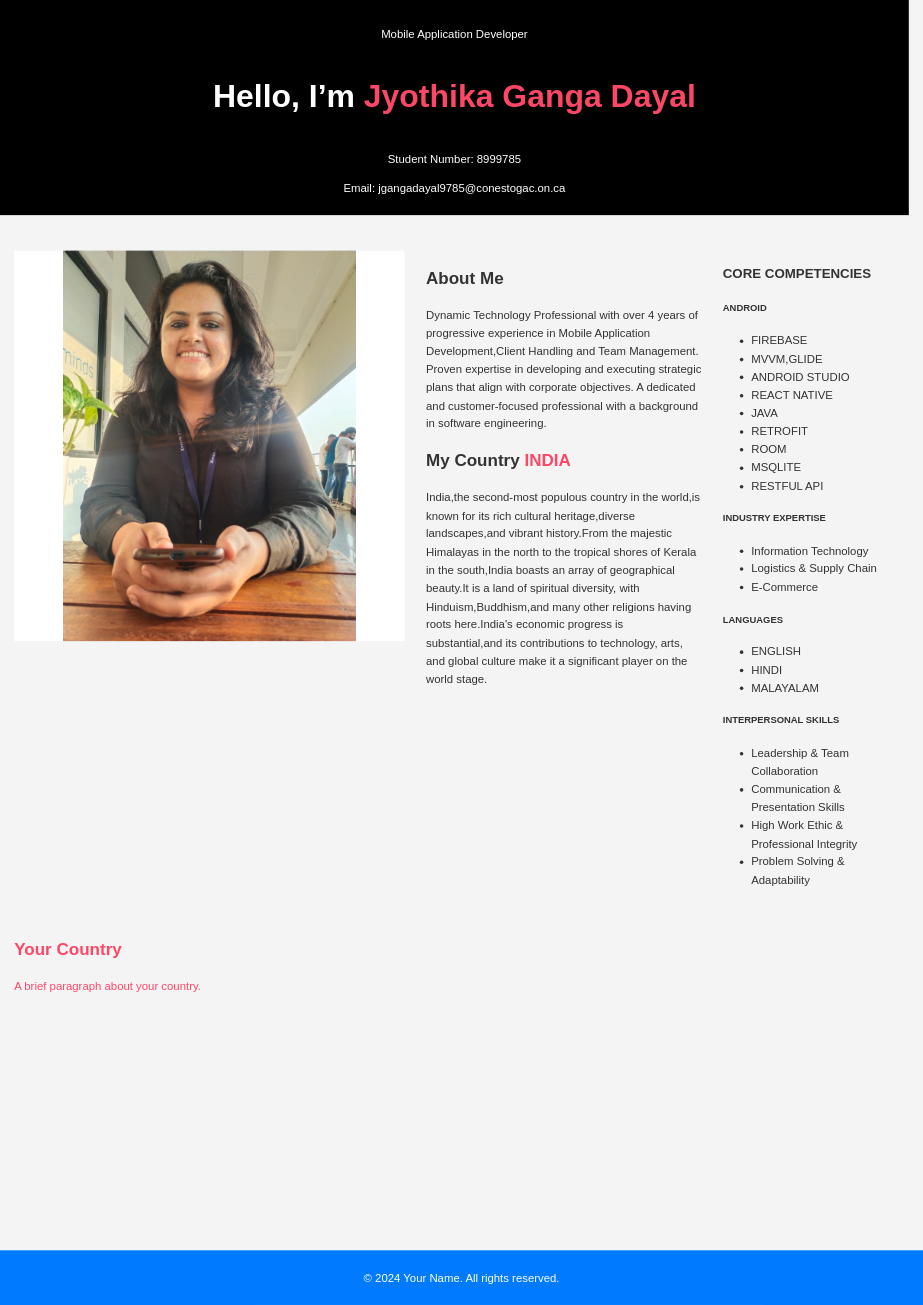
Repository: jyothika123/portfolio
Page: index.html
The author's editor kept a copy of each file at every save. The page is drawn from the files as they stood at one save, then again after the next save.
The browser window is 1280 px wide. The page is 1300 px wide, so the pictures cover 1300 px, including what lies to the right of the window. The pictures show the whole page, at 71% of full size.
Pictures or frames that could not be fetched are drawn as grey boxes.

Above is the page before, as saved 2024-09-22 17:12:19.

### index.html
<!DOCTYPE html>
<html lang="en">
<head>
    <meta charset="UTF-8">
    <meta name="viewport" content="width=device-width, initial-scale=1.0">
    <link rel="stylesheet" href="css/style.css">
    <title>Jyothika Ganga Dayal</title>
</head>
<body>
    <header>
        <div class="content">
            <br>
            <span class="title">Mobile Application Developer</span>
            <h1>Hello, I’m <span>Jyothika Ganga Dayal</span></h1>
            <p>Student Number: 8999785</p>
            <p>Email: jgangadayal9785@conestogac.on.ca</p>
        </div>
    </header>
    <main>
        <section class="box">
            <section class="bio">
                <div>
                    <img src="images/image.PNG" alt="A photo representing me" class="profile">
                </div>
                <div>
                    <h2>About Me</h2>
                    <p>Dynamic Technology Professional with over 4 years of progressive experience
                        in Mobile Application Development,Client Handling and Team Management. Proven
                        expertise in developing and executing strategic plans that align with
                        corporate objectives. A dedicated and customer-focused professional with a
                        background in software engineering. </p>
                    <h2>My Country <span class="country">INDIA</span> </h2>
                    <p>India,the second-most populous country in the world,is known for its rich cultural heritage,diverse landscapes,and vibrant history.From the majestic Himalayas in the north to the tropical shores of Kerala in the south,India boasts an array of geographical beauty.It is a land of spiritual diversity, with Hinduism,Buddhism,and many other religions having roots here.India's economic progress is substantial,and its contributions to technology, arts, and global culture make it a significant player on the world stage.</p>

                </div>

            </section>
            <section>
                <h3>CORE COMPETENCIES</h3>
                <h5>ANDROID </h5>
                <ul>
                    <li>FIREBASE</li>
                    <li>MVVM,GLIDE</li>
                    <li>ANDROID STUDIO</li>
                    <li>REACT NATIVE</li>
                    <li>JAVA</li>
                    <li>RETROFIT</li>
                    <li>ROOM</li>
                    <li>MSQLITE</li>
                    <li>RESTFUL API</li>
                </ul>
                <h5>INDUSTRY EXPERTISE</h5>
                <ul>
                    <li>Information Technology</li>
                    <li>Logistics & Supply Chain</li>
                    <li>E-Commerce</li>
                </ul>
                <h5>LANGUAGES</h5>
                <ul>
                    <li>ENGLISH</li>
                    <li>HINDI</li>
                    <li>MALAYALAM</li>
                </ul>
                <h5>INTERPERSONAL SKILLS</h5>
                <ul>
                    <li>Leadership & Team Collaboration</li>
                    <li>Communication & Presentation Skills</li>
                    <li> High Work Ethic & Professional Integrity</li>
                    <li>Problem Solving & Adaptability</li>
                </ul>
            </section>
            <section class="country">
                <h2>Your Country</h2>
                <p>A brief paragraph about your country.</p>
                <iframe width="560" height="315" src="https://www.youtube.com/embed/your_video_id"
                        title="Interesting video about me/country/skills"
                        frameborder="0" allowfullscreen></iframe>
            </section>
        </section>
    </main>
    <aside>

    </aside>
    <footer>
        <p>&copy; 2024 Your Name. All rights reserved.</p>
    </footer>
</body>
</html>

### css/style.css


body {
    font-family: Arial, sans-serif;
    line-height: 1.6;
    margin: 0;
    padding: 0;
    color: #333;
    background-color: #f4f4f4;
}

header {
    background: #000000;
    color: #fff;
    padding: 10px;
    text-align: center;
}

main {
    display: flex;
    justify-content: space-between;
    padding: 20px;
}

.bio {
    display: grid;
    grid-template-columns: 1fr 3fr;
    gap:30px;
}

.country {
    flex: 3;
}

footer {
    background: #007BFF;
    color: #fff;
    text-align: center;
    padding: 10px ;
    position: relative;
    bottom: 0;
    width: 100%;
}

.profile{
    width:550px;
    height: 550px;
}

.content h1 {
    color: #ffffff;
    font-size: 45px;
    font-weight: 900;
    line-height: 90px;
    text-transform: inherit;
    width: 100%;
  }
  .content h1 span {
    color: #fd4766;
  }
  .content p {
    width: 100%;
    color: #ffffff;
    margin-top: 5px;
    margin-bottom: 15px;
  }
  .box{
    margin-top: 30px;
    display: grid;
    grid-template-columns: 3.2fr 0.8fr;
    gap:30px;
  }
  .country{
    color: #fd4766;
  }

After the next save:
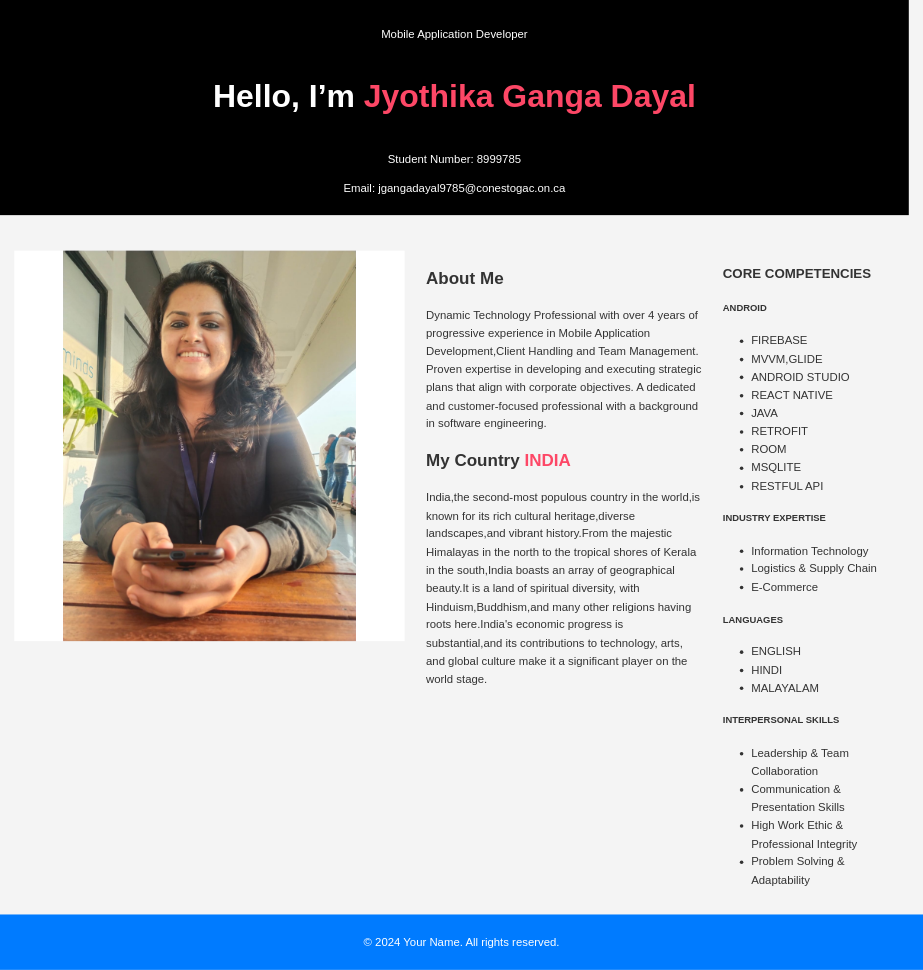
Saved 2 min 53 s later.
--- a/index.html
+++ b/index.html
@@ -69,13 +69,13 @@
                     <li>Problem Solving & Adaptability</li>
                 </ul>
             </section>
-            <section class="country">
+            <!-- <section class="country">
                 <h2>Your Country</h2>
                 <p>A brief paragraph about your country.</p>
                 <iframe width="560" height="315" src="https://www.youtube.com/embed/your_video_id"
                         title="Interesting video about me/country/skills"
                         frameborder="0" allowfullscreen></iframe>
-            </section>
+            </section> -->
         </section>
     </main>
     <aside>
